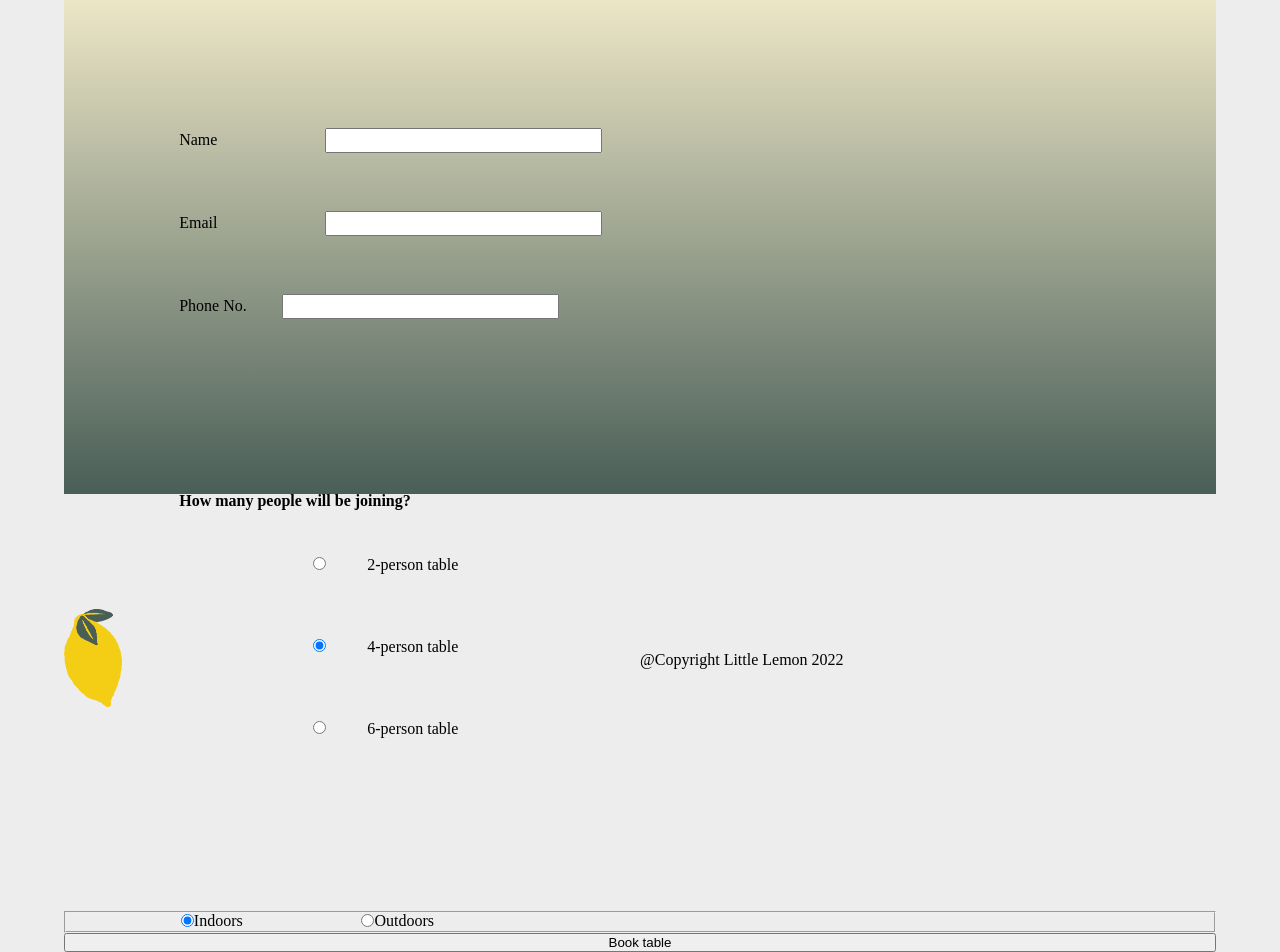
Repository: klone007/littleLemon
Page: index.html
An editor plug-in stored every save of this project. The page is shown before and after a run of saves, followed by the edit.
The browser window is 1280 px wide. The pictures show the part of the page from y = 3473 to 4425 px (the page is 4425 px tall).
A picture or video elsewhere on the page could not be fetched, so the positions and the page height are approximate. Backgrounds fixed to the window are drawn as part of the page.

Above is the page before, as saved 2022-11-17 13:38:02.

### index.html
<!DOCTYPE html>
<html lang="en">
<head>
    <meta charset="UTF-8">
    <meta http-equiv="X-UA-Compatible" content="IE=edge">
    <meta name="viewport" content="width=device-width, initial-scale=1.0">
    <title>Little Lemon</title>
    <meta name="author" content="Owned by Maria & Jason">
    <meta name="description" content="Little lemon restaurant">

    <link rel="stylesheet" href="./styles.css">
    <link rel="stylesheet" href="./docs/flickity.css" media="screen">
</head>
<body>
    <script src="./docs/flickity.pkgd.min.js"></script>

<nav class="top-nav navbar-fixed-top">
    <header>
        <a href="#Home">
            <img src="./img/Asset 20@4x.png" alt="logo" />
        </a>
    </header>
    <input id="menu-toggle" type="checkbox" />
    <label class='menu-button-container' for="menu-toggle">
    <div class='menu-button'></div>
  </label>
    <ul class="menu">
        <li><a href="#Home">Home</a></li>
        <li><a href="#Menu">Menu</a></li>
        <li><a href="#mainBook">Book</a></li>
        <li><a href="#About">About</a></li>
    </ul>
</nav>


    <main>
        <h1 id="Home">Our Featured</h1>
        <section class="gallery js-flickity" data-flickity-options='{ "wrapAround": true }'>
            <div class="gallery-cell">
                <img src="https://external-content.duckduckgo.com/iu/?u=https%3A%2F%2Fwww.sightseeingtoursitaly.com%2Fwp-content%2Fuploads%2F2019%2F06%2FFamous-Italian-dishes.jpg&f=1&nofb=1&ipt=5f17ed8798b09670346a59e0c6dda9133987f1fbc826aab0525b9c7dfd5eefc6&ipo=images" alt="" loading="lazy" />
            </div>
            <div class="gallery-cell">
                <img src="https://external-content.duckduckgo.com/iu/?u=https%3A%2F%2Fcdn.websites.hibu.com%2F42205d4164494aec9952633686609fc8%2Fdms3rep%2Fmulti%2Fshutterstock_1048781273.jpg&f=1&nofb=1&ipt=9319afd718bb88107d86b2624e313065a7d3a600e22631227c980300d2d9ea5e&ipo=images" alt="" loading="lazy" />
            </div>
            <div class="gallery-cell">
                <img src="https://external-content.duckduckgo.com/iu/?u=https%3A%2F%2Fdianashealthyliving.com%2Fwp-content%2Fuploads%2F2019%2F09%2FItalian-food-Depositphotos_.jpg&f=1&nofb=1&ipt=6b3899b664b8c8aa324edf4a5f0cf548525f48ccb5f7a4fc71eac060adbfea16&ipo=images" alt="" loading="lazy" />
            </div>
            <div class="gallery-cell">
                <img src="https://external-content.duckduckgo.com/iu/?u=https%3A%2F%2Fwww.lux-review.com%2Fwp-content%2Fuploads%2F2020%2F03%2FPasta-1.jpg&f=1&nofb=1&ipt=236038c1ddcf4aa03c9a1fd1d1489bc57e1f28b597d5af0d285d39a5f3813c10&ipo=images" alt="" />
            </div>
            <div class="gallery-cell">
                <img src="https://external-content.duckduckgo.com/iu/?u=https%3A%2F%2Fthepointsguy.co.uk%2Fwp-content%2Fuploads%2F2020%2F09%2FGettyImages-599272840.jpg&f=1&nofb=1&ipt=aed47e269af3bf5fa11b8c201e77a3612dee3b5e70cd9f18d9500c28e0df9f67&ipo=images" alt="" loading="lazy" />
            </div>
        </section>

        <h1 id="Menu">Menu</h1>
        <section id="mainMenu">
            <article>
                <h3>Dish 1</h3>
                <div>
                    <img src="https://external-content.duckduckgo.com/iu/?u=https%3A%2F%2Fwww.trbimg.com%2Fimg-58b999a4%2Fturbine%2Fct-chicago-modern-classics-food-0308-20170303&f=1&nofb=1&ipt=e55a6103835e539b9ddba910f3aa8f07babc50ec035bc059d606dd24fa5a5659&ipo=images" alt="" />
                    <p>Lorem ipsum dolor sit amet consectetur adipisicing elit. Labore inventore rem quos repellat fugiat consequatur numquam, sapiente aperiam culpa aliquid maiores asperiores! Alias eligendi odit, vero amet aut quia non?</p>
                </div>
            </article>
            <article>
                <h3>Dish 2</h3>
                <div>
                    <img src="https://external-content.duckduckgo.com/iu/?u=https%3A%2F%2Fwww.webivm.com%2Fwp-content%2Fuploads%2F2016%2F12%2FFood-Photos.jpg&f=1&nofb=1&ipt=6a3492d880aad37e76e2c229f1153e1a0fc916bf886f3e4d2b33b8b43cbbb8ba&ipo=images" alt="" />
                    <p>Lorem ipsum dolor sit amet consectetur adipisicing elit. Labore inventore rem quos repellat fugiat consequatur numquam, sapiente aperiam culpa aliquid maiores asperiores! Alias eligendi odit, vero amet aut quia non?</p>
                </div>
            </article>
            <article>
                <h3>Dish 3</h3>
                <div>
                    <img src="https://external-content.duckduckgo.com/iu/?u=https%3A%2F%2Fwww.food-management.com%2Fsites%2Ffood-management.com%2Ffiles%2Fstyles%2Farticle_featured_retina%2Fpublic%2FHawaiiPromo_BU_1.jpg%3Fitok%3Dl8BccNDz&f=1&nofb=1&ipt=f5ae2a2fe3e9c6f5db3d1dd3f7cba8346bc18a211ab68dd1c32996616daafb87&ipo=images" alt="" />
                    <p>Lorem ipsum dolor sit amet consectetur adipisicing elit. Labore inventore rem quos repellat fugiat consequatur numquam, sapiente aperiam culpa aliquid maiores asperiores! Alias eligendi odit, vero amet aut quia non?</p>
                </div>
            </article>
            <article>
                <h3>Dish 4</h3>
                <div>
                    <img src="https://external-content.duckduckgo.com/iu/?u=https%3A%2F%2Fmoroccanfoodtour.com%2Fwp-content%2Fuploads%2F2020%2F05%2FMFT-Tetouan-Food-Tour-5.jpg&f=1&nofb=1&ipt=5d10271906c29c0f482e9af2e71def8f1021706b03ddfc3b13a227a26cf32f92&ipo=images" alt="" />
                    <p>Lorem ipsum dolor sit amet consectetur adipisicing elit. Labore inventore rem quos repellat fugiat consequatur numquam, sapiente aperiam culpa aliquid maiores asperiores! Alias eligendi odit, vero amet aut quia non?</p>
                </div>
            </article>
            <article>
                <h3>Dish 5</h3>
                <div>
                    <img src="https://external-content.duckduckgo.com/iu/?u=https%3A%2F%2Fimg.choice.com.au%2F-%2Fmedia%2Ff738b5b9623b4c90ad0837f98b0ea96b.ashx&f=1&nofb=1&ipt=1635fb9e31ba85f9b28735716f80466546eed1ee7c42d5bcbd6a9909df5d35f2&ipo=images" alt="" />
                    <p>Lorem ipsum dolor sit amet consectetur adipisicing elit. Labore inventore rem quos repellat fugiat consequatur numquam, sapiente aperiam culpa aliquid maiores asperiores! Alias eligendi odit, vero amet aut quia non?</p>
                </div>
            </article>
            <article>
                <h3>Dish 6</h3>
                <div>
                    <img src="https://external-content.duckduckgo.com/iu/?u=https%3A%2F%2Fwww.charlottefashionplate.com%2Fwp-content%2Fuploads%2F2019%2F04%2FFullSizeRender-2019-09-12T093414.937-e1568295666416.jpg&f=1&nofb=1&ipt=a75d703fefdf0bc48c22dafd73ad0c617d56c21db92b64727021d744cfa860a5&ipo=images" alt="" />
                    <p>Lorem ipsum dolor sit amet consectetur adipisicing elit. Labore inventore rem quos repellat fugiat consequatur numquam, sapiente aperiam culpa aliquid maiores asperiores! Alias eligendi odit, vero amet aut quia non?</p>
                </div>
            </article>
        </section>

        <h1 id="About">About</h1>
        <section id="mainAbout">
            <div class="myDIV">
                 <img src="https://external-content.duckduckgo.com/iu/?u=https%3A%2F%2Fst3.depositphotos.com%2F2572561%2F16353%2Fi%2F950%2Fdepositphotos_163534638-stock-photo-two-famous-chefs-discuss-their.jpg&f=1&nofb=1&ipt=b503cf392cbfb92c1189adf6e87bce2d96b5f10e32ff79c8c39acd97c9648224&ipo=images" alt="Little Lemon's chefs" loading="lazy" />
            </div>
            <!-- <div class="hide">
                The image used is stock image from google images.
            </div> -->

            <p>
                Based in Chicago, Illinois, <strong>Little Lemon is a family-owned Mediterranean restaurant</strong>, focused on <strong>traditional recipes served with a
                modern twist.</strong> The chefs draw inspiration from Italian, Greek, and Turkish culture and have a menu of 12–15 items that they rotate
                seasonally. The restaurant has a rustic and relaxed atmosphere with moderate prices, making it a <strong>popular place for a meal any time of
                the day.</strong>
                <br /> <br />
                Little Lemon is <strong>owned by</strong>two Italian brothers, <strong>Mario and Adrian</strong>, who moved to the United States to pursue their shared dream of owning a restaurant.
                To craft the menu, Mario relies on family recipes and his experience as a chef in Italy. Adrian does all the marketing for the restaurant and led the
                effort to expand the menu beyond classic Italian to incorporate additional cuisines from the Mediterranean region.
            </p>
        </section>
        <section id="mainBook">
            <h1>Book</h1>
            <div class="parallax"></div>

            <form class="content" method="post" >

                    <label for="user_Name">Name
                        <input type="text" id="user_Name" name="user_Name" required/>
                    </label>
                    <label for="user_Email">Email
                        <input type="email" id="user_Email" name="user_Email" required/>
                    </label>

                <label for="user_Phone">Phone No.
                    <input type="tel" id="user_Phone" name="user_Phone"/>
                </label>
                <fieldset id="size">
                    <p><strong>How many people will be joining?</strong></p>
                    <label><input type="radio" value="2" name="size" />2-person table</label><br>
                    <label><input type="radio" value="4" name="size" checked/>4-person table</label><br>
                    <label><input type="radio" value="6" name="size" />6-person table</label>
                </fieldset>
                <fieldset id="location">
                    <label><input type="radio" value="indoors" name="location" checked/>Indoors</label>
                    <label><input type="radio" value="outdoors" name="location" />Outdoors</label>
                </fieldset>
                <button type="submit">Book table</button>

            </form>
        </section>
    </main>
    <footer>
        <div >
            <img src="./img/Asset 9@4x.png" alt=""></img>
        </div>
        <div >
            <p>@Copyright Little Lemon 2022</p>
        </div>
    </footer>


</body>
</html>

### styles.css
:root {
    --lemonYelow:#f4ce14;
    --lemonGreen: #495e57;
}


*{
    margin:0;
    padding:0;
    -webkit-box-sizing: border-box;
    box-sizing: border-box;
}

body {
    background-color: #ededed;
    margin-top: 1rem;
    margin-bottom: 1rem;
    margin-left: 5%;
    margin-right: 5%;
}

header  img {
    display: block;
    margin-left: auto;
    margin-right: auto;
    max-width:3rem;
    min-height:3rem;
    animation-duration: 2s;
    animation-name: slideinLeft;
}

.top-nav  ul {
    list-style: none;
    animation-duration: 2s;
    animation-name: slideinRight;
}

.top-nav a {
    text-decoration: none;
    /* color:rgb(252, 227, 8); */
    color:white;
    padding: 10px 30px;
}

.top-nav a:hover {
    color: var(--lemonYelow);
    transform: scale(0.7);
}

.top-nav {
    display: flex;
    flex-direction: row;
    align-items: center;
    justify-content: space-between;
    background-color: #00BAF0;
    /* background: linear-gradient(to left, #214900ef, #ffe5511e); */
    background: linear-gradient(to left, #495e57, #f4cf142c);

    /* W3C, IE 10+/ Edge, Firefox 16+, Chrome 26+, Opera 12+, Safari 7+ */
    color: #FFF;
    height: 50px;
    padding: 1em;
    margin-top: 3%;


  }

  .menu {
    display: flex;
    flex-direction: row;
    list-style-type: none;
    margin: 0;
    padding: 0;
  }

  .menu > li {
    margin: 0 1rem;
    overflow: hidden;
  }

  .menu-button-container {
    display: none;
    height: 100%;
    width: 30px;
    cursor: pointer;
    flex-direction: column;
    justify-content: center;
    align-items: center;
  }

  #menu-toggle {
    display: none;
  }

  .menu-button,
  .menu-button::before,
  .menu-button::after {
    display: block;
    background-color: #fff;
    position: absolute;
    height: 4px;
    width: 30px;
    transition: transform 400ms cubic-bezier(0.23, 1, 0.32, 1);
    border-radius: 2px;
  }

  .menu-button::before {
    content: '';
    margin-top: -8px;
  }

  .menu-button::after {
    content: '';
    margin-top: 8px;
  }

  #menu-toggle:checked + .menu-button-container .menu-button::before {
    margin-top: 0px;
    transform: rotate(405deg);
  }

  #menu-toggle:checked + .menu-button-container .menu-button {
    background: rgba(255, 255, 255, 0);
  }

  #menu-toggle:checked + .menu-button-container .menu-button::after {
    margin-top: 0px;
    transform: rotate(-405deg);
  }

  @media (max-width: 700px) {
    .menu-button-container {
      display: flex;
    }
    .menu {
        z-index:1000;
      position: absolute;
      top: 50px;
      margin-top: 50px;
      left: 0;
      flex-direction: column;
      width: 100%;
      justify-content: center;
      align-items: center;
    }
    #menu-toggle ~ .menu li {
      height: 0;
      margin: 0;
      padding: 0;
      border: 0;
      transition: height 400ms cubic-bezier(0.23, 1, 0.32, 1);
    }
    #menu-toggle:checked ~ .menu li {
      border: 1px solid #333;
      height: 3.5em;
      padding: 0.5em;
      transition: height 400ms cubic-bezier(0.23, 1, 0.32, 1);
    }
    .menu > li {
      display: flex;
      justify-content: center;
      margin: 0;
      padding: 0.5em 0;
      width: 100%;
      color: white;
      background-color: #222;
    }
    .menu > li:not(:last-child) {
      border-bottom: 1px solid #444;
    }
  }

  .navbar-fixed-top{
    position: -webkit-sticky;
    position: sticky;
    top: 0px;
    z-index: 99999;
  }

/* nav {
display: flex;
justify-content: space-between;
}

header > img {
    display: block;
    margin-left: auto;
    margin-right: auto;
    max-width:5rem;
    min-height:5rem;
}

nav  ul {
    list-style: none;
    display: flex;
    justify-content: center;
    align-items: center;

}

nav a:link {
    text-decoration: none;
    color: rgb(5, 107, 5);
    padding: 10px 50px;

}

nav a:hover {
    background-color: green;
    color: antiquewhite;
} */




main  h1 {
    display: flex;
    justify-content: center;
    align-items: center;
    margin-top:5%;
    margin-bottom:3%;
    color:var(--lemonGreen);
    padding-top: 1rem;
}

main  h1:hover{
    /* animation: 1s 1 forwards pulse */
    transform: scale(1.2);
    transition: 0.5s ease-in-out;
}

main img {
    max-width:100%;
    min-height: 100%;
}

.gallery {
    background: #EEE;
    margin-bottom: 5%;
  }

  .gallery-cell {
    width: 50vw;
    height: 30vh;
    margin-left: 10px;
    counter-increment: gallery-cell;
  }

  /* cell number */
  .gallery-cell:before {
    display: block;
    text-align: center;
    content: "";
    line-height: 200px;
    font-size: 80px;
    color: white;
  }



  #mainMenu {
    display: flex;
    flex-wrap: wrap;
    overflow: auto;

}
#mainMenu div {
    display: flex;
    justify-content: center;
    align-items: center;
    gap:2rem;
}

#mainMenu img {
    max-width: 5rem;
    max-height: 5rem;
}
article img:hover {
    transform: scale(4) translate(50%,10%);
    transition: 0.5s ease-in-out;
}

main h3 {
    padding-bottom:1rem
}

main article {
    flex: 1 0 500px;
    box-sizing: border-box;
    margin: 1rem .25em;
    padding:2rem;

    max-width: 25rem;
}

main article:hover {
    color:#f4ce14;
    background-color: var(--lemonGreen);
    box-shadow: inset 0 0 1rem #444;
    border-radius: 5%;
}

@media screen and (min-width: 40em) {
    main article  {
       max-width: calc(50% -  1em);
    }


}

@media screen and (min-width: 60em) {
    main article  {
        max-width: calc(25% - 1em);
    }
}


#mainAbout {
    display: flex;
    flex-direction:column;
    justify-content: center;
    align-items: center;

}

#mainAbout img {
    max-width: 20rem;
    min-height: 20rem;
    margin:5%;
    padding:2rem;
    border-radius: 50%;
    filter:blur(0.5rem) grayscale(100%);
    transition:.5s ease-out;
}
#mainAbout img:hover {
    filter:blur(0rem) grayscale(0%);

}
/* .hide {
    display: none;
    position:absolute;
    left:8%
  } */

  /* .myDIV:hover + .hide {
    display: block;
    color: red;
  } */

#mainAbout p {
    flex: 1 0 500px;
    box-sizing: border-box;
    margin: 1rem .25em;
    padding:1rem;
}

footer {
    display: flex;
    justify-content: center;
    align-items: center;
    margin-top:10%;
}
footer div {
    flex: 1;
}

footer img {
    width:10%;
}
footer img:hover {
    transform:rotate(60deg) ;
   transition: 1s ease;
}



@media screen and (min-width:880px) {

    .gallery-cell {
        width: 70vw;
        height: 70vh;
        margin-left: 10px;
        counter-increment: gallery-cell;
      }

      #mainAbout{
        display: flex;
        justify-content: space-between;
        flex-direction: row;
        margin:1rem;
        gap: 2rem;
    }
    #mainAbout img {
        max-width: 20rem;
        min-height: 20rem;
        margin:5%;
        border-radius: 0;
    }
    #mainAbout p {
        flex: 1 ;
        box-sizing: border-box;
        margin: 1rem .25em;
        padding:1rem;
    }
    article img:hover {
        transform: scale(8) translate(50%,10%);
        transition: 0.5s ease-in-out;
    }

  }




  @keyframes slideinRight {
    from {
      margin-right: -100rem;
      opacity: 0;
    }
    25% {

        margin-right: -10rem;
        opacity: 0.25;
      }
    50% {

    margin-right: -5rem;
    opacity: 0.5;
    }
    75% {

      margin-right: -1rem;
      opacity: 0.75;
    }

    to {
      margin-right: 0rem;
      opacity: 1;
    }
  }


  @keyframes slideinLeft {
    from {
      margin-left: -100rem;
      opacity: 0;

    }

    25% {

    margin-left: -10rem;
    opacity: 0.25;
    }

    50% {

    margin-left: -5rem;
    opacity: 0.5;
    width:50%;
    }
    75% {

    margin-left: -5rem;
    opacity: 0.5;
    width:75%;

    }

    to {
      margin-left: 0rem;
      opacity: 1;
     width:100%;

    }
  }

  .parallax {
    /* The image used */
    background-image: url("https://external-content.duckduckgo.com/iu/?u=https%3A%2F%2Fuplandsouthcandles.com%2Fwp-content%2Fuploads%2F2018%2F07%2F036684.jpg&f=1&nofb=1&ipt=ed1f1ccf7945ddfd3265d2114ec71a6c897354e652921af8277e8d438890888a&ipo=images");

    /* Set a specific height */
    min-height: 500px;

    /* Create the parallax scrolling effect */
    background-attachment: fixed;
    background-position: center;
    background-repeat: no-repeat;
    background-size: cover;
  }

  .content {
    height:1000px;
    background: linear-gradient(#eee20200,#f4cf142c, #495e57);
    display:flex;
    flex-direction: column;
    align-items: stretch;
    padding-top:50%;
}
.content label {
    padding-top:5%;
    padding-left: 10%;
}

#size{
    display: flex;
    flex-direction: column;
    margin: 15% 10%;
    border:0;

}

#size label {
    margin-left: ;
}

input[name=size] {
    margin:0 5%;
}

#user_Name{
    margin-left:10%;
    padding:0.2rem 3rem;
}


#user_Email{
    margin-left:10%;
    padding:0.2rem 3rem;
}

#user_Phone{
    margin-left:3%;
    padding:0.2rem 3rem;
}

### docs/flickity.css
/*! Flickity v2.3.0
https://flickity.metafizzy.co
---------------------------------------------- */

.flickity-enabled {
  position: relative;
}

.flickity-enabled:focus { outline: none; }

.flickity-viewport {
  overflow: hidden;
  position: relative;
  height: 100%;
}

.flickity-slider {
  position: absolute;
  width: 100%;
  height: 100%;
}

/* draggable */

.flickity-enabled.is-draggable {
  -webkit-tap-highlight-color: transparent;
  -webkit-user-select: none;
     -moz-user-select: none;
      -ms-user-select: none;
          user-select: none;
}

.flickity-enabled.is-draggable .flickity-viewport {
  cursor: move;
  cursor: -webkit-grab;
  cursor: grab;
}

.flickity-enabled.is-draggable .flickity-viewport.is-pointer-down {
  cursor: -webkit-grabbing;
  cursor: grabbing;
}

/* ---- flickity-button ---- */

.flickity-button {
  position: absolute;
  background: hsla(0, 0%, 100%, 0.75);
  border: none;
  color: #333;
}

.flickity-button:hover {
  background: white;
  cursor: pointer;
}

.flickity-button:focus {
  outline: none;
  box-shadow: 0 0 0 5px #19F;
}

.flickity-button:active {
  opacity: 0.6;
}

.flickity-button:disabled {
  opacity: 0.3;
  cursor: auto;
  /* prevent disabled button from capturing pointer up event. #716 */
  pointer-events: none;
}

.flickity-button-icon {
  fill: currentColor;
}

/* ---- previous/next buttons ---- */

.flickity-prev-next-button {
  top: 50%;
  width: 44px;
  height: 44px;
  border-radius: 50%;
  /* vertically center */
  transform: translateY(-50%);
}

.flickity-prev-next-button.previous { left: 10px; }
.flickity-prev-next-button.next { right: 10px; }
/* right to left */
.flickity-rtl .flickity-prev-next-button.previous {
  left: auto;
  right: 10px;
}
.flickity-rtl .flickity-prev-next-button.next {
  right: auto;
  left: 10px;
}

.flickity-prev-next-button .flickity-button-icon {
  position: absolute;
  left: 20%;
  top: 20%;
  width: 60%;
  height: 60%;
}

/* ---- page dots ---- */

.flickity-page-dots {
  position: absolute;
  width: 100%;
  bottom: -25px;
  padding: 0;
  margin: 0;
  list-style: none;
  text-align: center;
  line-height: 1;
}

.flickity-rtl .flickity-page-dots { direction: rtl; }

.flickity-page-dots .dot {
  display: inline-block;
  width: 10px;
  height: 10px;
  margin: 0 8px;
  background: #333;
  border-radius: 50%;
  opacity: 0.25;
  cursor: pointer;
}

.flickity-page-dots .dot.is-selected {
  opacity: 1;
}

Loaded but not shown: docs/flickity.pkgd.min.js (library)

After the next 5 saves:
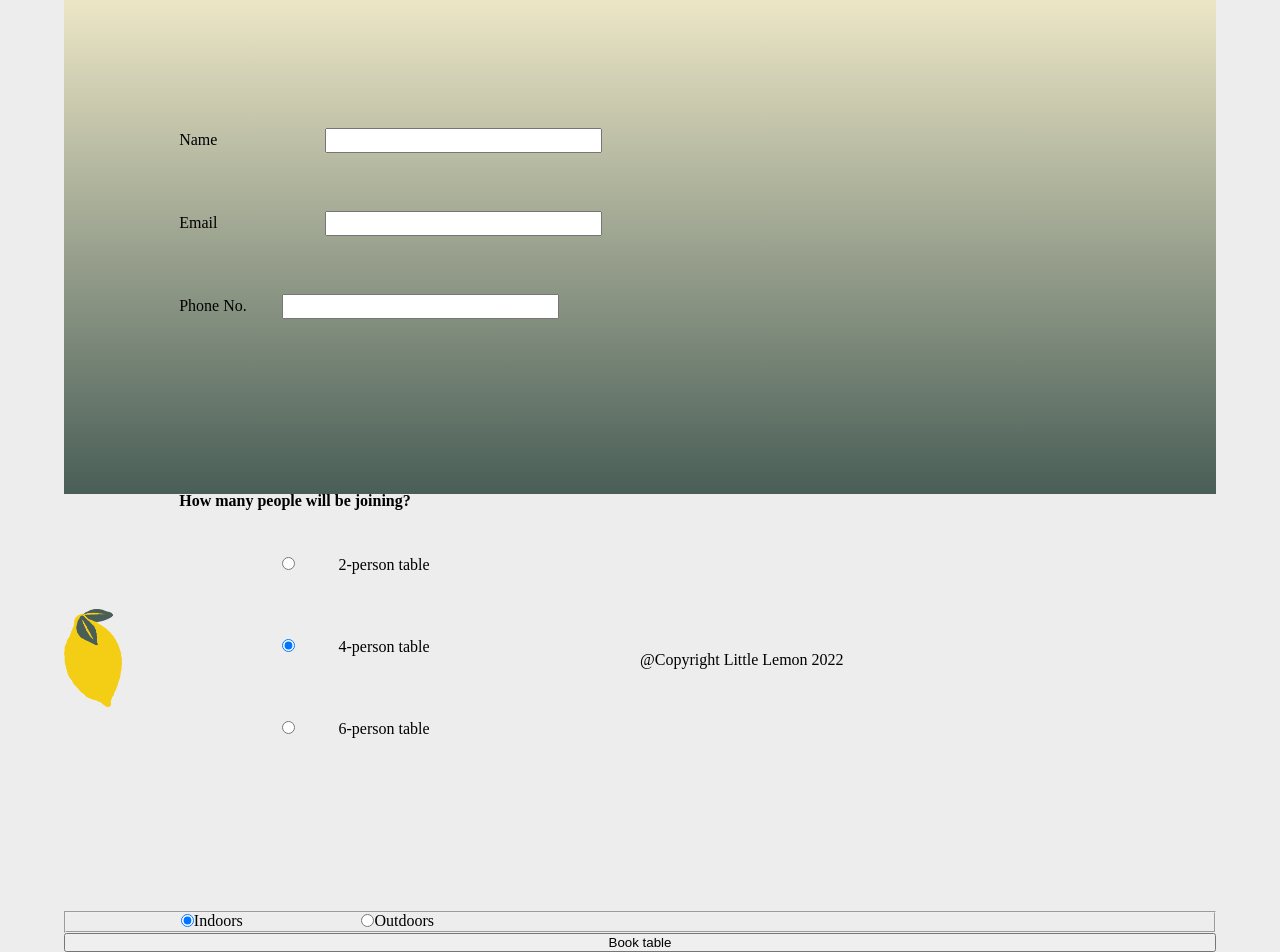
The 5 saves are shown as one change because they came seconds apart.
The last was saved 15 s later.
--- a/styles.css
+++ b/styles.css
@@ -511,7 +511,7 @@
 }
 
 #size label {
-    margin-left: ;
+    margin-left:-2rem ;
 }
 
 input[name=size] {
